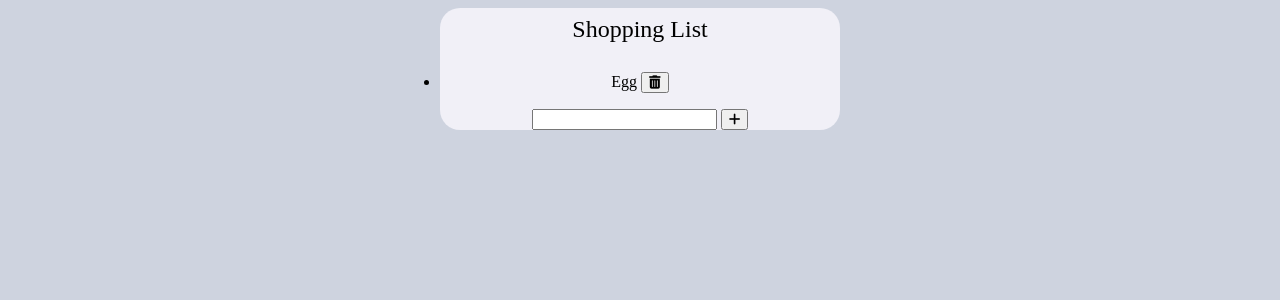
Repository: rumor1993/DreamCoding-Browser101
Page: Chapter05/index.html
These files come from the project's save history. The page is drawn as it stood at one moment and after the next save; the edit follows.
The browser window is 1280 px wide. The pictures show the whole page.
Some web libraries are served in a nearby version.

Above is the page before, as saved 2020-12-30 12:19:57.

### Chapter05/index.html
<!DOCTYPE html>
<html lang="en">
  <head>
    <meta charset="UTF-8" />
    <meta name="viewport" content="width=device-width, initial-scale=1.0" />
    <title>Shopping List</title>
    <link rel="stylesheet" href="style.css" />
    <script src="main.js"></script>
    <script src="https://kit.fontawesome.com/86c035f01d.js" crossorigin="anonymous"></script>
  </head>
  <body>
    <section class="list">
      <header class="header">Shopping List</header>
      <ul class="items">
        <li class="item-row">
          <div class="item">
            <span class="item-name">Egg</span>
            <button class="item-delete">
              <i class="fas fa-trash-alt"></i>
            </button>
          </div>
        </li>
      </ul>
      <footer class="footer"></footer>
      <input type="text" class="footer-input" />
      <button class="footer-button">
        <i class="fas fa-plus"></i>
      </button>
    </section>
  </body>
</html>

### Chapter05/style.css
* {
  box-sizing: border-box;
}

ul {
  padding: 0;
}

body {
  background-color: #ced3df;
  text-align: center;
}

.list {
  width: 400px;
  margin: auto;
  background-color: #f1f0f7;
  border-radius: 20px;
}

.header {
  height: 48px;
  padding: 8px;
  font-size: 24px;
}

Loaded but not shown: Chapter05/main.js (no stored copy; drawn as an empty file)

After the next save:
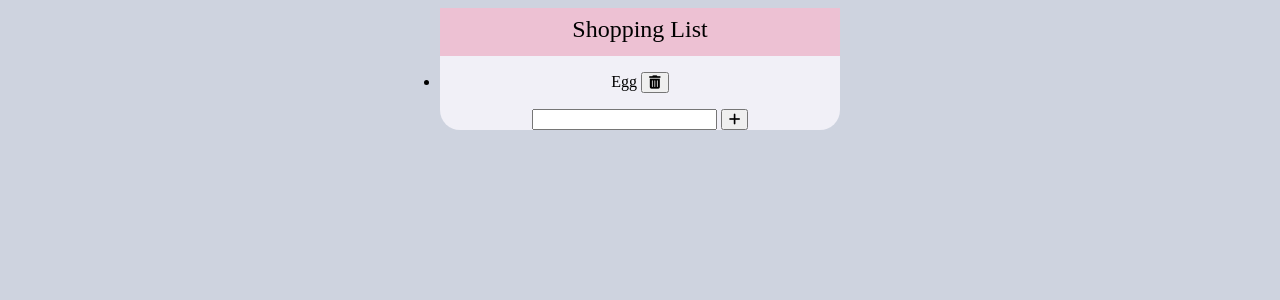
Saved 82 s later.
--- a/Chapter05/style.css
+++ b/Chapter05/style.css
@@ -22,4 +22,5 @@ body {
   height: 48px;
   padding: 8px;
   font-size: 24px;
+  background: rgba(237, 193, 211);
 }
